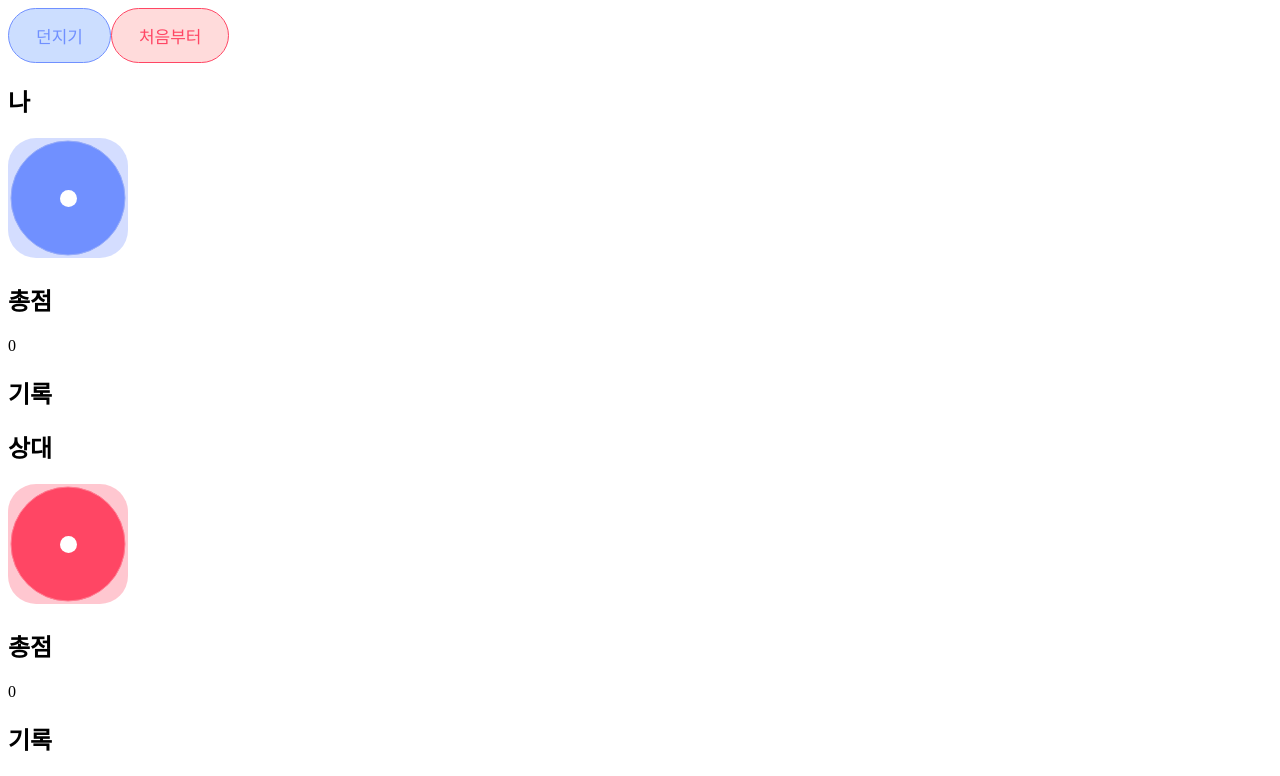
Repository: songjiwon17/React_study
Page: /
An editor plug-in stored every save of this project. The page is shown before and after the next save, followed by the edit.
The browser window is 1280 px wide. The pictures show the whole page.
The project was rebuilt for these pictures with package versions that can differ from the ones it lists, and the page was loaded fresh each time.

Above is the page before, as saved 2023-09-16 21:16:35.

After the next save:
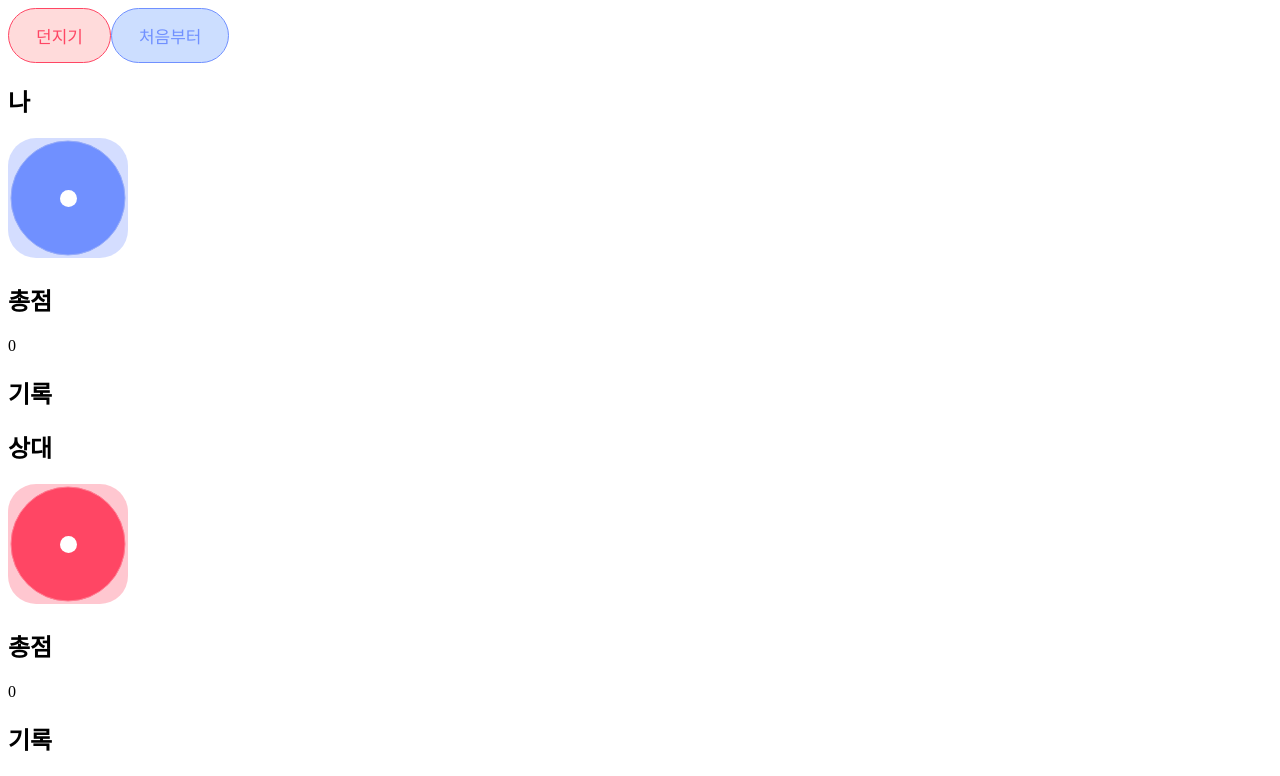
Saved 47 min 26 s later.
--- a/src/App.js
+++ b/src/App.js
@@ -24,8 +24,8 @@
     return(
         <div>
             <div>
-                <Button color="blue" onClick={handleRollClick}>던지기</Button>
-                <Button color="red" onClick={handleClearClick}>처음부터</Button>
+                <Button color="red" onClick={handleRollClick}>던지기</Button>
+                <Button color="blue" onClick={handleClearClick}>처음부터</Button>
             </div>
             <div>
                 <Board name="나" color="blue" gameHistory={myHistory}/>

After the save that followed:
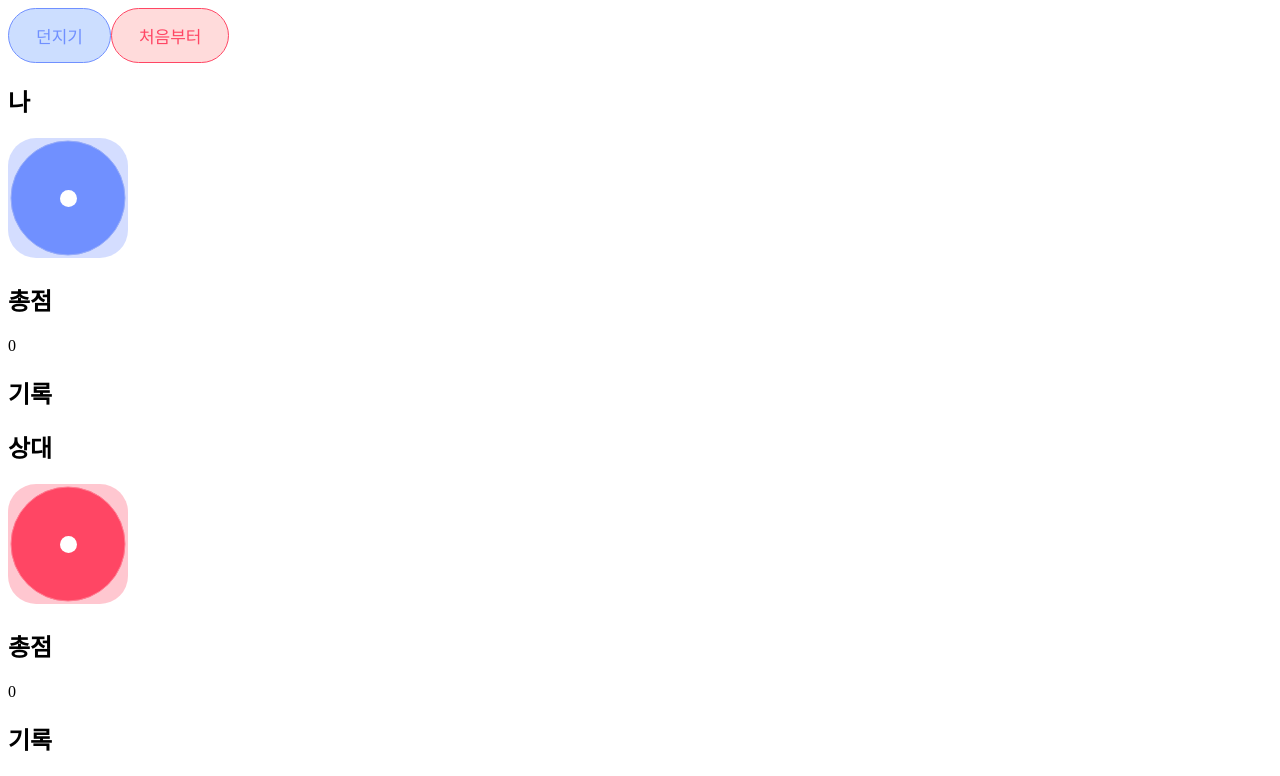
Saved 3 min 23 s later.
--- a/src/App.js
+++ b/src/App.js
@@ -24,8 +24,8 @@
     return(
         <div>
             <div>
-                <Button color="red" onClick={handleRollClick}>던지기</Button>
-                <Button color="blue" onClick={handleClearClick}>처음부터</Button>
+                <Button color="blue" onClick={handleRollClick}>던지기</Button>
+                <Button color="red" onClick={handleClearClick}>처음부터</Button>
             </div>
             <div>
                 <Board name="나" color="blue" gameHistory={myHistory}/>
